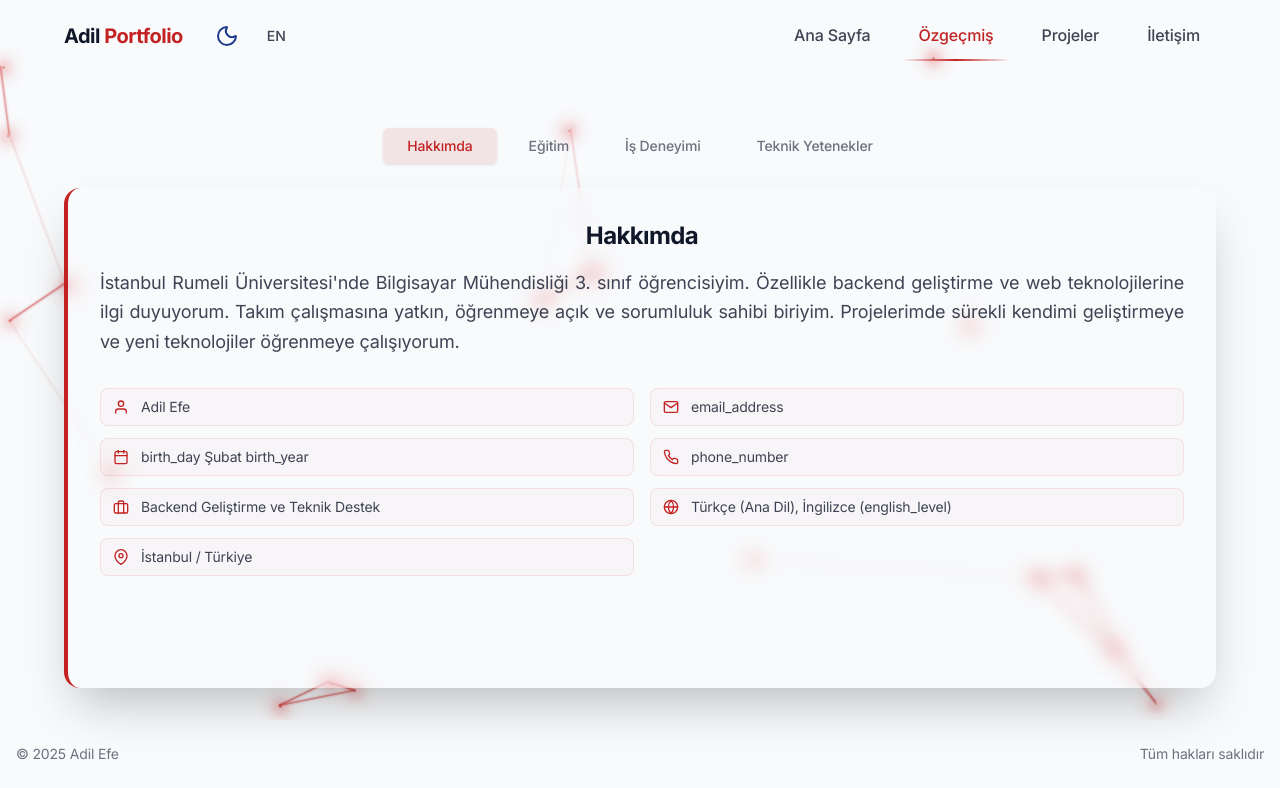
Repository: jusiann/personal-portfolio
Page: /tr/resume (app in my-portfolio/)
An editor plug-in stored every save of this project. The page is shown before and after the next save, followed by the edit.
The browser window is 1280 px wide. The pictures show the whole page.
The project was rebuilt for these pictures with package versions that can differ from the ones it lists, and the page was loaded fresh each time. Also part of the build but not shown: my-portfolio/vite.config.js, my-portfolio/src/components/HomeImage.jsx, my-portfolio/src/components/SocialLinks.jsx, my-portfolio/src/components/HomeCard.jsx, my-portfolio/src/pages/Home.jsx, my-portfolio/src/components/ProjectCard.jsx, my-portfolio/src/pages/Projects.jsx, my-portfolio/src/components/ContactCard.jsx and 2 more.

Above is the page before, as saved 2025-11-23 19:43:29.

### my-portfolio/index.html
<!doctype html>
<html lang="en">
  <head>
    <meta charset="UTF-8" />
    <link rel="icon" type="image/svg+xml" href="/vite.svg" />
    <meta name="viewport" content="width=device-width, initial-scale=1.0" />
    <link rel="preconnect" href="https://fonts.googleapis.com">
    <link rel="preconnect" href="https://fonts.gstatic.com" crossorigin>
    <link href="https://fonts.googleapis.com/css2?family=Inter:wght@300;400;500;600;700;800&family=Source+Code+Pro:wght@400;500;600&display=swap" rel="stylesheet">
    <title>my-portfolio</title>
  </head>
  <body>
    <div id="root"></div>
    <script type="module" src="/src/main.jsx"></script>
  </body>
</html>

### my-portfolio/src/App.jsx
import { BrowserRouter, Routes, Route, Navigate, useLocation } from "react-router-dom"
import { AnimatePresence } from "framer-motion"
import { Home } from "./pages/Home";
import { Resume } from "./pages/Resume";
import { Projects } from "./pages/Projects";
import { Contact } from "./pages/Contact";
import { NotFound } from "./pages/NotFound";

function AnimatedRoutes() {
  const location = useLocation();

  return (
    <AnimatePresence mode="wait">
      <Routes location={location} key={location.pathname}>

        {/* TURKISH ROUTES */}
        <Route path="/" element={<Navigate to="/en" replace />} />
        <Route path="/tr" element={<Home />}/>
        <Route path="/tr/resume" element={<Resume />}/>
        <Route path="/tr/projects" element={<Projects />}/>
        <Route path="/tr/contact" element={<Contact />}/>

        {/* ENGLISH ROUTES */}
        <Route path="/en" element={<Home />}/>
        <Route path="/en/resume" element={<Resume />}/>
        <Route path="/en/projects" element={<Projects />}/>
        <Route path="/en/contact" element={<Contact />}/>
        <Route path="*" element={<NotFound />} />
      </Routes>
    </AnimatePresence>
  );
}

function App() {
  return (
    <BrowserRouter>
      <AnimatedRoutes />
    </BrowserRouter>
  )
}

export default App

### my-portfolio/src/pages/Resume.jsx
import { CrimsonWebBackground } from "../components/CrimsonWebBackground";
import { Navbar } from "../components/Navbar";
import { PageTransition } from "../components/PageTransition";
import { ResumeCard } from "../components/ResumeCard";
import { Footer } from "../components/Footer";


export const Resume = () => {

    return (
        <PageTransition>
            <div className="
                min-h-screen
                bg-background
                text-foreground
                overflow-x-hidden
                flex
                flex-col
            ">

                {/* BACKGROUND EFFECTS */}
                <CrimsonWebBackground />

                {/* NAVBAR */}
                <Navbar />

                {/* MAIN CONTENT */}
                <ResumeCard />

                {/* FOOTER */}
                <Footer />
            </div>
        </PageTransition>
    );
};

### my-portfolio/src/components/Footer.jsx
import {useLanguage} from "../lib/utils";

export const Footer = () => {
    const {translate} = useLanguage();
    const currentYear = new Date().getFullYear();

    return (
        <footer className="w-full py-6 mt-auto">
            <div className="max-w-7xl mx-auto px-4">
                <div className="flex flex-col md:flex-row items-center justify-between gap-2 text-center md:text-left">

                    {/* COPYRIGHT */}
                    <p className="text-foreground/60 text-sm">
                        © {currentYear} {translate('profile_name')} {translate('profile_surname')}
                    </p>

                    {/* RIGHTS RESERVED */}
                    <p className="text-foreground/60 text-sm">
                        {translate('rights_reserved')}
                    </p>
                </div>
            </div>
        </footer>
    );
};

### my-portfolio/src/components/ResumeCard.jsx
import {useState} from 'react';
import {useLanguage} from '../lib/utils';
import {cn} from '../lib/utils';
import {
    SiHtml5, SiCss3, SiJavascript, SiReact, SiBootstrap, SiTailwindcss,
    SiCplusplus, SiPython, SiPostgresql, SiMongodb, SiMysql, SiNodedotjs, SiExpress,
    SiGit, SiFigma, SiPostman, SiBlender, SiUnity, SiJsonwebtokens, SiNpm, SiJira, SiEslint,
} from 'react-icons/si';
import {FaJava} from 'react-icons/fa';
import {VscVscode} from 'react-icons/vsc';
import {FiMail, FiPhone, FiUser, FiCalendar, FiBriefcase, FiMapPin, FiGlobe} from 'react-icons/fi';

export const ResumeCard = () => {
    const {translate} = useLanguage();
    const [activeTab, setActiveTab] = useState('about');

    const tabs = [
        {id: 'about', label: translate('resume_about_title')},
        {id: 'education', label: translate('resume_education_title')},
        {id: 'experience', label: translate('resume_experience_title')},
        {id: 'skills', label: translate('resume_skills_title')},
    ];

    const renderContent = () => {
        switch (activeTab) {
            case 'about':
                return (
                    <div>
                        <h3 className="text-2xl font-heading font-bold text-foreground mb-4">
                            {translate('resume_about_title')}
                        </h3>
                        <p className="text-foreground/80 leading-relaxed text-lg mb-8 text-justify">
                            {translate('profile_about_text')}
                        </p>
                        <div className="grid grid-cols-1 md:grid-cols-2 gap-4">
                            <div className="space-y-3">
                                <div className="flex items-start gap-3 p-2 pl-3 rounded-lg bg-primary/2 border border-primary/10 hover:bg-primary/4 transition-colors duration-200">
                                    <FiUser className="text-primary mt-0.5 shrink-0" />
                                    <span className="text-foreground/80 text-sm">{translate('profile_name')} {translate('profile_surname')}</span>
                                </div>
                                <div className="flex items-start gap-3 p-2 pl-3 rounded-lg bg-primary/2 border border-primary/10 hover:bg-primary/4 transition-colors duration-200">
                                    <FiCalendar className="text-primary mt-0.5 shrink-0" />
                                    <span className="text-foreground/80 text-sm">{translate('birth_day')} {translate('february')} {translate('birth_year')}</span>
                                </div>
                                <div className="flex items-start gap-3 p-2 pl-3 rounded-lg bg-primary/2 border border-primary/10 hover:bg-primary/4 transition-colors duration-200">
                                    <FiBriefcase className="text-primary mt-0.5 shrink-0" />
                                    <span className="text-foreground/80 text-sm">{translate('current_position')}</span>
                                </div>
                                <div className="flex items-start gap-3 p-2 pl-3 rounded-lg bg-primary/2 border border-primary/10 hover:bg-primary/4 transition-colors duration-200">
                                    <FiMapPin className="text-primary mt-0.5 shrink-0" />
                                    <span className="text-foreground/80 text-sm">{translate('location_city')}</span>
                                </div>
                            </div>
                            <div className="space-y-3">
                                <div className="flex items-start gap-3 p-2 pl-3 rounded-lg bg-primary/2 border border-primary/10 hover:bg-primary/4 transition-colors duration-200">
                                    <FiMail className="text-primary mt-0.5 shrink-0" />
                                    <span className="text-foreground/80 text-sm">{translate('email_address')}</span>
                                </div>
                                <div className="flex items-start gap-3 p-2 pl-3 rounded-lg bg-primary/2 border border-primary/10 hover:bg-primary/4 transition-colors duration-200">
                                    <FiPhone className="text-primary mt-0.5 shrink-0" />
                                    <span className="text-foreground/80 text-sm">{translate('phone_number')}</span>
                                </div>
                                <div className="flex items-start gap-3 p-2 pl-3 rounded-lg bg-primary/2 border border-primary/10 hover:bg-primary/4 transition-colors duration-200">
                                    <FiGlobe className="text-primary mt-0.5 shrink-0" />
                                    <span className="text-foreground/80 text-sm">{translate('turkish')} ({translate('native')}), {translate('english')} ({translate('english_level')})</span>
                                </div>
                            </div>
                        </div>
                    </div>
                );
            case 'education':
                return (
                    <div>
                        <h3 className="text-2xl font-heading font-bold text-foreground mb-6">
                            {translate('resume_education_title')}
                        </h3>
                        <div className="space-y-4">
                            <div className="border-l-4 border-primary pl-4">
                                <h4 className="text-lg font-semibold text-foreground">
                                    {translate('education_university_degree')}
                                </h4>
                                <p className="text-primary font-medium">
                                    {translate('education_university_name')}
                                </p>
                                <p className="text-sm text-foreground/60">
                                    {translate('education_university_start')} - {translate('present')}
                                </p>
                            </div>
                            <div className="border-l-4 border-primary/50 pl-4">
                                <h4 className="text-lg font-semibold text-foreground">
                                    {translate('education_highschool_degree')}
                                </h4>
                                <p className="text-primary/80 font-medium">
                                    {translate('education_highschool_name')}
                                </p>
                                <p className="text-sm text-foreground/60">
                                    {translate('education_highschool_start')} - {translate('education_highschool_end')}
                                </p>
                            </div>
                        </div>
                    </div>
                );
            case 'experience':
                return (
                    <div>
                        <h3 className="text-2xl font-heading font-bold text-foreground mb-6">
                            {translate('resume_experience_title')}
                        </h3>
                        <div className="space-y-6">
                            <div className="border-l-4 border-primary pl-4">
                                <h4 className="text-lg font-semibold text-foreground">
                                    {translate('experience_yapiradar_title')}
                                </h4>
                                <p className="text-primary font-medium">
                                    {translate('experience_yapiradar_company')}
                                </p>
                                <p className="text-sm text-foreground/60 mb-2">
                                    {translate('experience_yapiradar_start')} - {translate('present')}
                                </p>
                                <p className="text-sm text-foreground/70">
                                    {translate('experience_yapiradar_description')}
                                </p>
                            </div>
                        </div>
                    </div>
                );
            case 'skills': {
                const skillsData = {
                    frontend: [
                        {name: 'HTML5', icon: SiHtml5},
                        {name: 'CSS3', icon: SiCss3},
                        {name: 'JavaScript', icon: SiJavascript},
                        {name: 'React', icon: SiReact},
                        {name: 'Bootstrap', icon: SiBootstrap},
                        {name: 'Tailwind CSS', icon: SiTailwindcss},
                    ],
                    backend: [
                        {name: 'C++', icon: SiCplusplus},
                        {name: 'Java', icon: FaJava},
                        {name: 'Python', icon: SiPython},
                        {name: 'Node.js', icon: SiNodedotjs},
                        {name: 'Express', icon: SiExpress},
                        {name: 'PostgreSQL', icon: SiPostgresql},
                        {name: 'MongoDB', icon: SiMongodb},
                        {name: 'MySQL', icon: SiMysql},
                    ],
                    tools: [
                        {name: 'Git', icon: SiGit},
                        {name: 'VS Code', icon: VscVscode},
                        {name: 'Postman', icon: SiPostman},
                        {name: 'JWT', icon: SiJsonwebtokens},
                        {name: 'NPM', icon: SiNpm},
                        {name: 'Jira', icon: SiJira},
                        {name: 'ESLint', icon: SiEslint},
                        {name: 'Blender', icon: SiBlender},
                        {name: 'Unity', icon: SiUnity},
                    ]
               };

                return (
                    <div>
                        <h3 className="text-2xl font-heading font-bold text-foreground mb-6">
                            {translate('resume_skills_title')}
                        </h3>
                        <div className="grid grid-cols-1 md:grid-cols-2 gap-6">
                            <div>
                                <h4 className="text-lg font-semibold text-primary mb-3">
                                    {translate('resume_skills_frontend')}
                                </h4>
                                <div className="flex flex-wrap gap-3">
                                    {skillsData.frontend.map(skill => (
                                        <div
                                            key={skill.name}
                                            className="relative group"
                                        >
                                            <div className="w-12 h-12 bg-primary/10 hover:bg-primary/20 rounded-lg flex items-center justify-center transition-colors duration-200 md:hover:scale-110 md:transition-transform cursor-pointer text-foreground/70 hover:text-primary">
                                                <skill.icon className="w-7 h-7" />
                                            </div>
                                            <div className="hidden md:block absolute -top-10 left-1/2 transform -translate-x-1/2 bg-background/95 text-foreground text-xs px-2 py-1 rounded opacity-0 group-hover:opacity-100 transition-opacity duration-200 pointer-events-none whitespace-nowrap border border-primary/20 shadow-lg">
                                                {skill.name}
                                            </div>
                                        </div>
                                    ))}
                                </div>
                            </div>
                            <div>
                                <h4 className="text-lg font-semibold text-primary mb-3">
                                    {translate('resume_skills_backend')}
                                </h4>
                                <div className="flex flex-wrap gap-3">
                                    {skillsData.backend.map(skill => (
                                        <div
                                            key={skill.name}
                                            className="relative group"
                                        >
                                            <div className="w-12 h-12 bg-primary/10 hover:bg-primary/20 rounded-lg flex items-center justify-center transition-colors duration-200 md:hover:scale-110 md:transition-transform cursor-pointer text-foreground/70 hover:text-primary">
                                                <skill.icon className="w-7 h-7" />
                                            </div>
                                            <div className="hidden md:block absolute -top-10 left-1/2 transform -translate-x-1/2 bg-background/95 text-foreground text-xs px-2 py-1 rounded opacity-0 group-hover:opacity-100 transition-opacity duration-200 pointer-events-none whitespace-nowrap border border-primary/20 shadow-lg">
                                                {skill.name}
                                            </div>
                                        </div>
                                    ))}
                                </div>
                            </div>
                            <div>
                                <h4 className="text-lg font-semibold text-primary mb-3">
                                    {translate('resume_skills_tools')}
                                </h4>
                                <div className="flex flex-wrap gap-3">
                                    {skillsData.tools.map(skill => (
                                        <div
                                            key={skill.name}
                                            className="relative group"
                                        >
                                            <div className="w-12 h-12 bg-primary/10 hover:bg-primary/20 rounded-lg flex items-center justify-center transition-colors duration-200 md:hover:scale-110 md:transition-transform cursor-pointer text-foreground/70 hover:text-primary">
                                                <skill.icon className="w-7 h-7" />
                                            </div>
                                            <div className="hidden md:block absolute -top-10 left-1/2 transform -translate-x-1/2 bg-background/95 text-foreground text-xs px-2 py-1 rounded opacity-0 group-hover:opacity-100 transition-opacity duration-200 pointer-events-none whitespace-nowrap border border-primary/20 shadow-lg">
                                                {skill.name}
                                            </div>
                                        </div>
                                    ))}
                                </div>
                            </div>
                        </div>
                    </div>
                );
           }
            default:
                return null;
       }
   };

    return (
        <div className="relative w-[90%] mx-auto min-h-[calc(100vh-8rem)] flex flex-col items-center justify-center pt-32 pb-8">
            <div className="w-full max-w-6xl">
                {/* Tab Navigation */}
                <div className="sticky top-24 z-20 mb-6 flex flex-col md:flex-row justify-center gap-2">
                    {tabs.map((tab) => (
                        <button
                            key={tab.id}
                            onClick={() => setActiveTab(tab.id)}
                            className={cn(
                                "px-6 py-2 text-sm font-medium transition-all duration-200 rounded-md min-w-fit w-full md:w-auto",
                                activeTab === tab.id
                                    ? "text-primary bg-primary/10 shadow-sm"
                                    : "text-foreground/60 hover:text-foreground hover:bg-primary/5"
                            )}
                        >
                            {tab.label}
                        </button>
                    ))}
                </div>

                {/* Card */}
                <div
                    className="
                        relative
                        bg-card/10
                        backdrop-blur-sm
                        rounded-2xl
                        border-l-4
                        border-primary
                        shadow-2xl
                        overflow-hidden
                        transition-all
                        duration-500
                        hover:scale-[1.01]
                    "
                >
                    {/* Content */}
                    <div className="p-6 md:p-8 h-[500px] overflow-y-auto">
                        {renderContent()}
                    </div>
                </div>

                {/* Glow Effect */}
                <div
                    className="
                        absolute
                        -inset-4
                        bg-primary/5
                        blur-3xl
                        -z-10
                        opacity-50
                        animate-pulse-subtle
                    "
                />
            </div>
        </div>
    );
};

### my-portfolio/src/components/LanguageToggle.jsx
import {useNavigate, useLocation} from 'react-router-dom';
import {cn} from '../lib/utils';

export const LanguageToggle = () => {
    const navigate = useNavigate();
    const location = useLocation();
    const currentLang = location.pathname.startsWith("/en") ? "en" : "tr";

    const toggleLanguage = () => {
        const newLang = currentLang === "tr" ? "en" : "tr";
        const newPath = location.pathname.replace(`/${currentLang}`, `/${newLang}`);
        navigate(`${newPath}${location.hash}`);
    };

    return (
        <>
            {/* LANGUAGE TOGGLE BUTTON */}
            <button
                onClick={toggleLanguage}
                className={cn(
                    "px-3 py-2 transition-all duration-300",
                    "hover:scale-110 active:scale-95",
                    "focus:outline-none text-foreground/80 hover:text-foreground",
                    "text-sm font-medium uppercase"
                )}
            >
                {currentLang === "tr" ? "EN" : "TR"}
            </button>
        </>
    );
};

Loaded but not shown: my-portfolio/src/main.jsx (common file); my-portfolio/src/lib/translations.js (library); my-portfolio/src/lib/utils.js (19 lines, source omitted); my-portfolio/src/index.css (267 lines, source omitted); my-portfolio/src/components/ThemeToggle.jsx (133 lines, source omitted); my-portfolio/src/components/CrimsonWebBackground.jsx (183 lines, source omitted); my-portfolio/src/components/Navbar.jsx (139 lines, source omitted); my-portfolio/src/components/PageTransition.jsx (55 lines, source omitted)

After the next save:
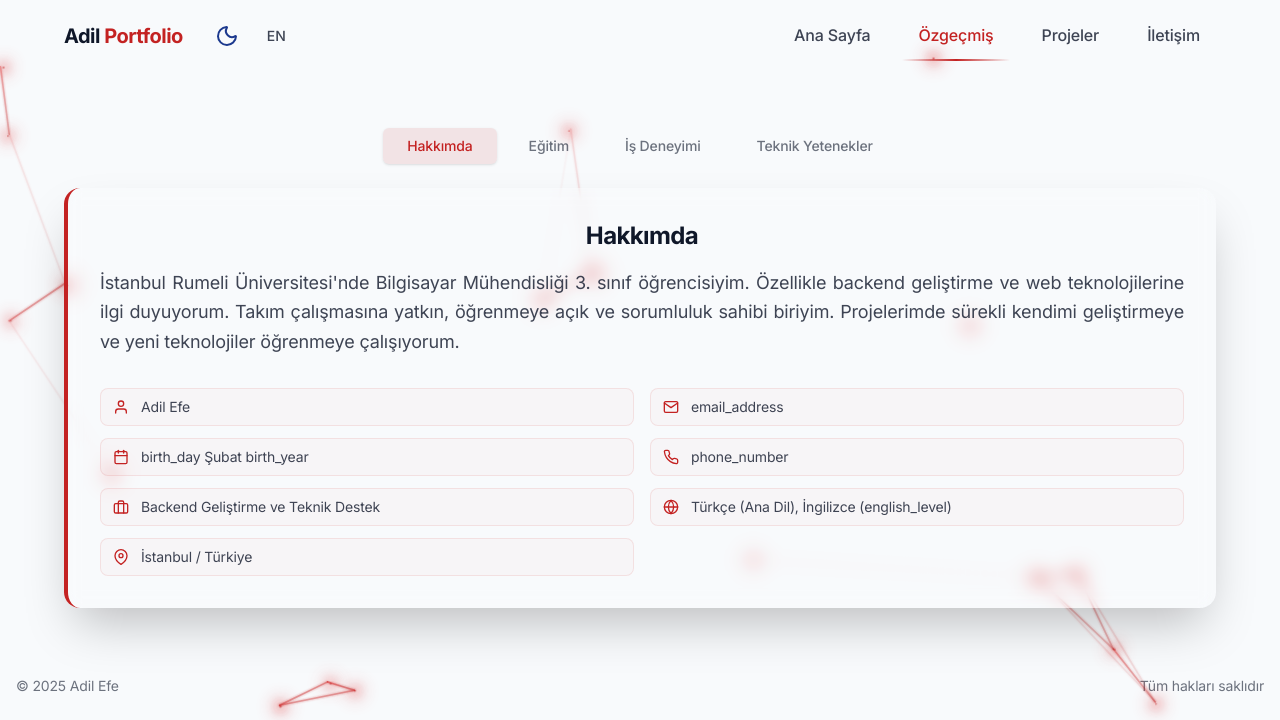
Saved 93 s later.
--- a/my-portfolio/src/components/ResumeCard.jsx
+++ b/my-portfolio/src/components/ResumeCard.jsx
@@ -270,7 +270,7 @@ export const ResumeCard = () => {
                     "
                 >
                     {/* Content */}
-                    <div className="p-6 md:p-8 h-[500px] overflow-y-auto">
+                    <div className="p-6 md:p-8">
                         {renderContent()}
                     </div>
                 </div>
